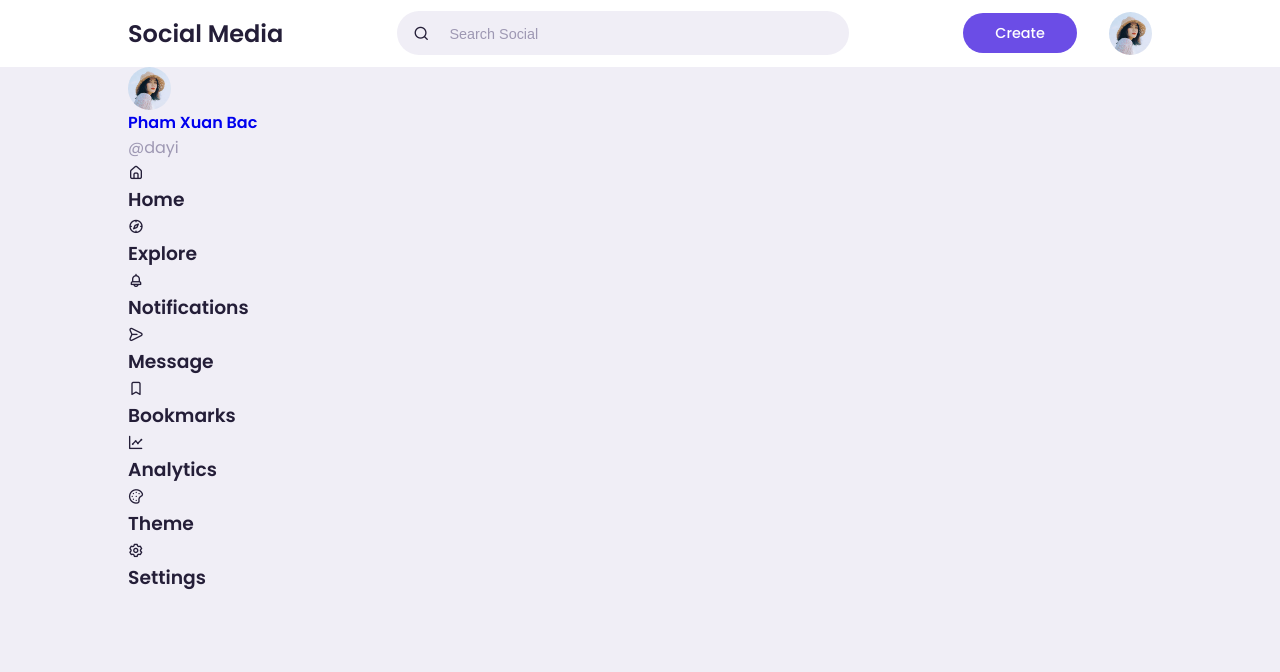
Repository: northpx/socialMedia
Page: index.html
An editor plug-in stored every save of this project. The page is shown before and after the next save, followed by the edit.
The browser window is 1280 px wide. The pictures show the whole page.

Above is the page before, as saved 2023-03-07 17:05:12.

After the next save:
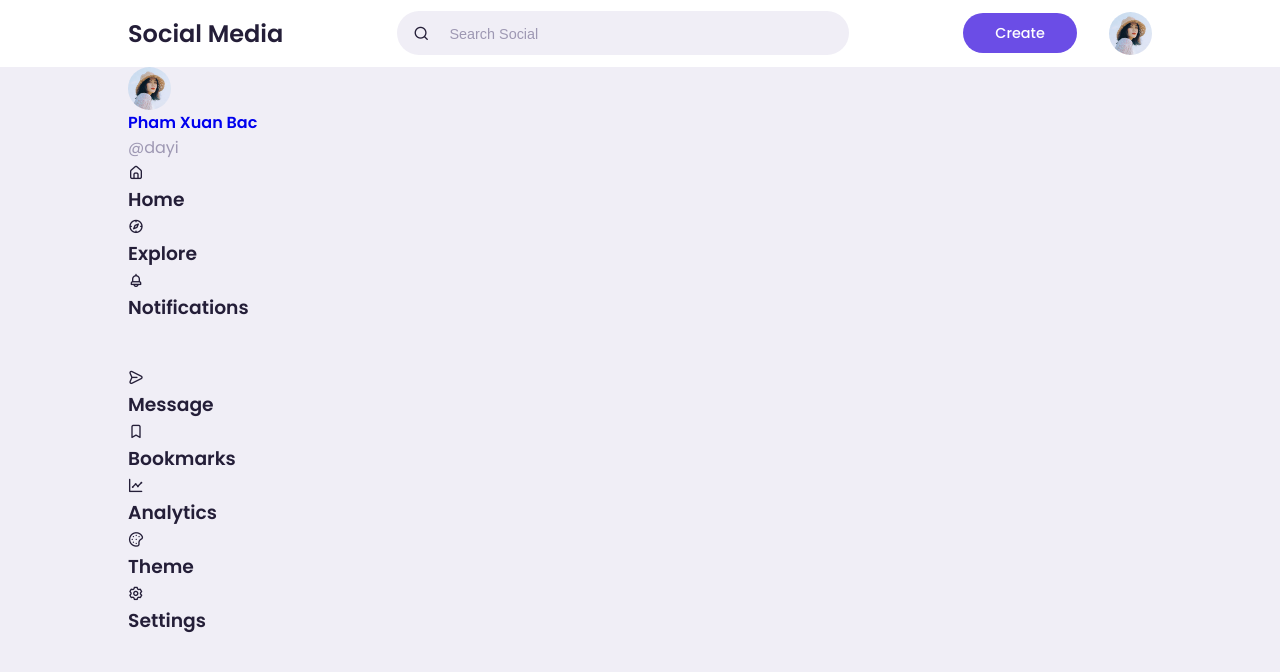
Saved 8 s later.
--- a/index.html
+++ b/index.html
@@ -55,7 +55,9 @@
                         <!-- -----notification popup----- -->
                         <div class="notification-popup">
                             <div>
+                                <div class="profile-picture">
 
+                                </div>
                             </div>
                         </div>
                     </a>
